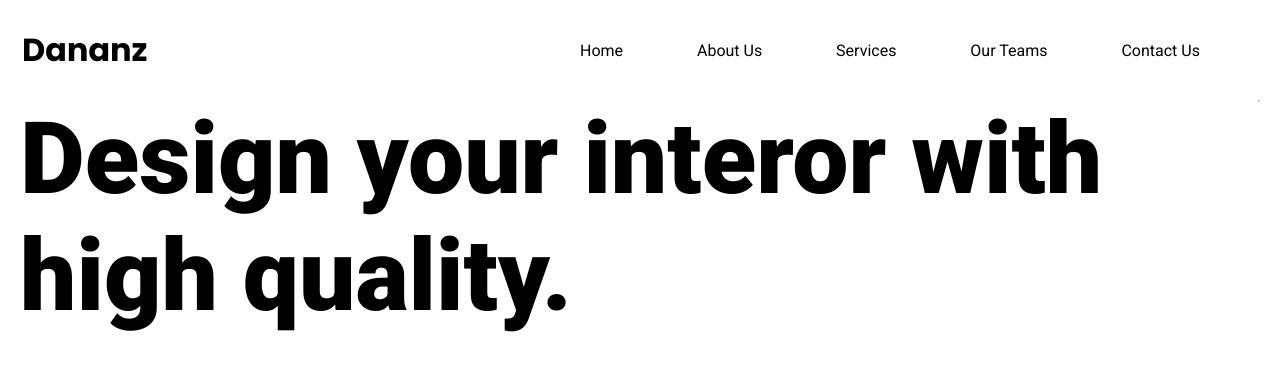
Repository: AsadKasimov/disain
Page: index.html
The author's editor kept a copy of each file at every save. The page is drawn from the files as they stood at one save, then again after the next save.
The browser window is 1280 px wide. The pictures show the whole page.

Above is the page before, as saved 2023-04-20 01:09:09.

### index.html
<!DOCTYPE html>
<html lang="en">
<head>
    <meta charset="UTF-8">
    <meta http-equiv="X-UA-Compatible" content="IE=edge">
    <meta name="viewport" content="width=device-width, initial-scale=1.0">
    <title>F</title>
    <link rel="stylesheet" href="./style.css">
</head>
<body>
    <div class="wrapper">
        <header class="header">
            <!-- Шапка -->
            <div class="logo">
                <img src="./img/Dananz.png" alt="">
            </div>

            <!-- Меню сайта -->
            <nav class="nav">
                <ul>
                    <li>Home</li>
                    <li>About Us</li>
                    <li>Services</li>
                    <li>Our Teams</li>
                    <li>Contact Us</li>

                </ul>
            </nav>

            <!-- Иконка бургерменю -->
            <div class="burger">
                <span></span>
            </div>
        </header>
        <div class="menu">
            <div class="text-menu">
                <h1>Design your interor with high quality.</h1>
            </div>
            <div class="text-line"><hr></div>

        </div>

    </div>



    <script>
        document.querySelector('.burger').addEventListener('click', function() {
            this.classList.toggle('active');
            document.querySelector('.nav').classList.toggle('open');
        })
    </script>
</body>
</html>

### style.css
@import url('https://fonts.googleapis.com/css2?family=Roboto:ital,wght@0,100;0,300;0,400;0,500;0,900;1,100;1,300;1,400;1,500;1,700;1,900&display=swap');

html, body {
  height: 100%;
  width: 100%;

}

body {
  display: flex;
  flex-direction: column;
  font-family: 'Roboto', sans-serif;
  background-color: #fff;

}

*{
  padding: 0;
  margin: 0;
  box-sizing: border-box;
}

.wrapper{
  flex-grow: 1;
}

.open{
  display: flex !important;
}

.header{
  display: flex;
  align-items: center;
  justify-content: space-between;
  min-height: 100px;
  background-color: #fff;
  color: #000;
  padding: 0 40px;
}

.logo{
  display: flex;
  justify-content: center;
  flex-direction: column;
  align-items: center;

  width: 90px;
  height: 90px;
}

.nav{
  display: flex;
  width: 700px;
  padding: 0 40px;
}

.nav ul{
  width: 100%;
  list-style: none;
  display: flex;
  justify-content: space-between;
}

.burger{
  display: none;
  position: relative;
  z-index: 50;
  align-items: center;
  justify-content: flex-end;
  width: 30px;
  height: 18px;
}

.burger span{
  height: 2px;
  width: 80%;
  transform: scale(1);
  background-color: #000;
}

.burger::before, .burger::after{
  content: '';
  position: absolute;
  height: 2px;
  width: 100%;
  background-color: #000;
  transition: all 0.3s ease 0s;
}

.burger::before { top: 0 }

.burger::after { bottom: 0 }


.burger.active span { transform: scale(0) }

.burger.active::before{
  top: 50%;
  transform: rotate(-45deg) translate(0, -50%);
}

.burger.active::after{
  bottom: 50%;
  transform: rotate(45deg) translate(0, 50%);
}

h1 {
  display: block;
  font-size: 2em;
  margin-block-start: 0;
  margin-block-end: 0;
  margin-inline-start: 0px;
  margin-inline-end: 0px;
  font-weight: bold;
}

.menu{
  display: flex;
  justify-content: flex-start;
  padding: 0 20px;
}

.text-menu{
  font-weight: 700;
  font-size: 50px;
}

@media (max-width: 700px) {

  .burger { display: flex }

  .nav{
      display: none;
      flex-direction: column;
      position: fixed;
      height: 100%;
      width: 100%;
      top: 0; bottom: 0; left: 0; right: 0;
      z-index: 50;
      overflow-y: auto;
      padding: 50px 40px;
      background-color: ghostwhite;

  }

  .nav ul{
      flex-direction: column;
      row-gap: 30px;
  }
}

After the next save:
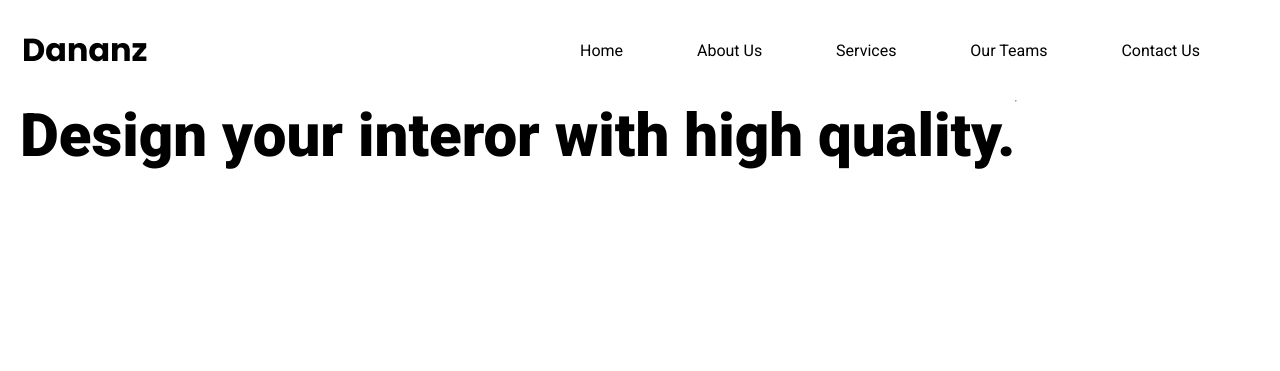
Saved 20 s later.
--- a/style.css
+++ b/style.css
@@ -122,7 +122,7 @@ h1 {
 
 .text-menu{
   font-weight: 700;
-  font-size: 50px;
+  font-size: 30px;
 }
 
 @media (max-width: 700px) {
